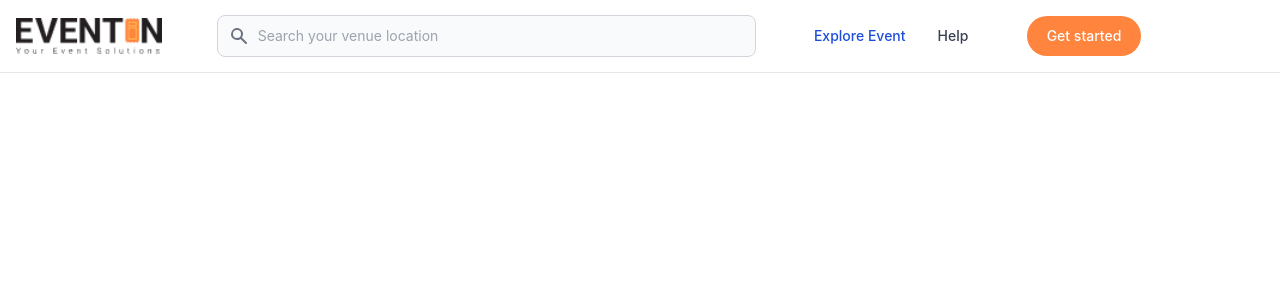
Repository: farrelmuhammad/eventon-indobild
Page: /
An editor plug-in stored every save of this project. The page is shown before and after the next save, followed by the edit.
The browser window is 1280 px wide. The pictures show the whole page.
The project was rebuilt for these pictures with package versions that can differ from the ones it lists, and the page was loaded fresh each time. Also part of the build but not shown: src/App.css.

Above is the page before, as saved 2023-02-07 15:48:32.

After the next save:
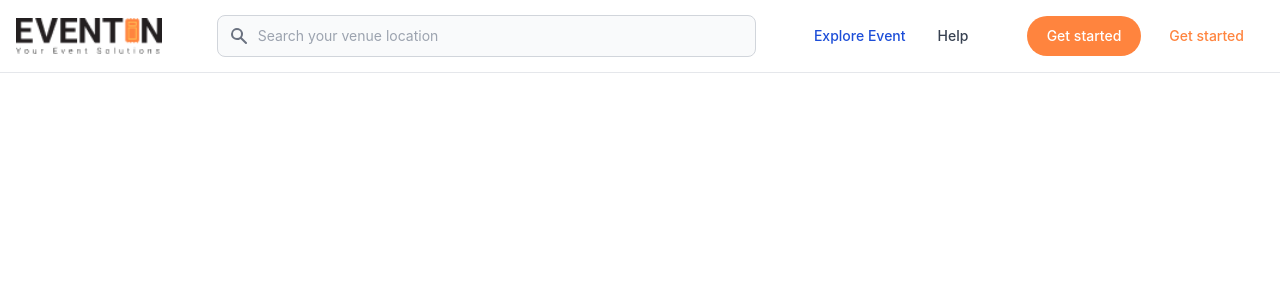
Saved 20 s later.
--- a/src/components/Navbar.jsx
+++ b/src/components/Navbar.jsx
@@ -26,7 +26,7 @@ const Navbar = () => {
 
                 <div class="flex md:order-2 gap-2">
                     <button type="button" class="text-white bg-[#FF843E] hover:bg-blue-800 focus:ring-4 focus:outline-none focus:ring-blue-300 font-medium rounded-full text-sm px-5 py-2.5 text-center mr-3 md:mr-0">Get started</button>
-                    <button type="button" class="text-white bg-transparent hover:bg-blue-800 focus:ring-4 focus:outline-none focus:ring-blue-300 font-medium rounded-full text-sm px-5 py-2.5 text-center mr-3 md:mr-0">Get started</button>
+                    <button type="button" class="text-[#FF843E] bg-transparent hover:bg-blue-800 focus:ring-4 focus:outline-none focus:ring-blue-300 font-medium rounded-full text-sm px-5 py-2.5 text-center mr-3 md:mr-0">Get started</button>
                 </div>
                 <div class="items-center justify-between hidden w-full md:flex md:w-auto md:order-1" id="navbar-sticky">
                     <ul class="flex flex-col p-4 mt-4 border border-gray-100 rounded-lg bg-gray-50 md:flex-row md:space-x-8 md:mt-0 md:text-sm md:font-medium md:border-0 md:bg-white">
